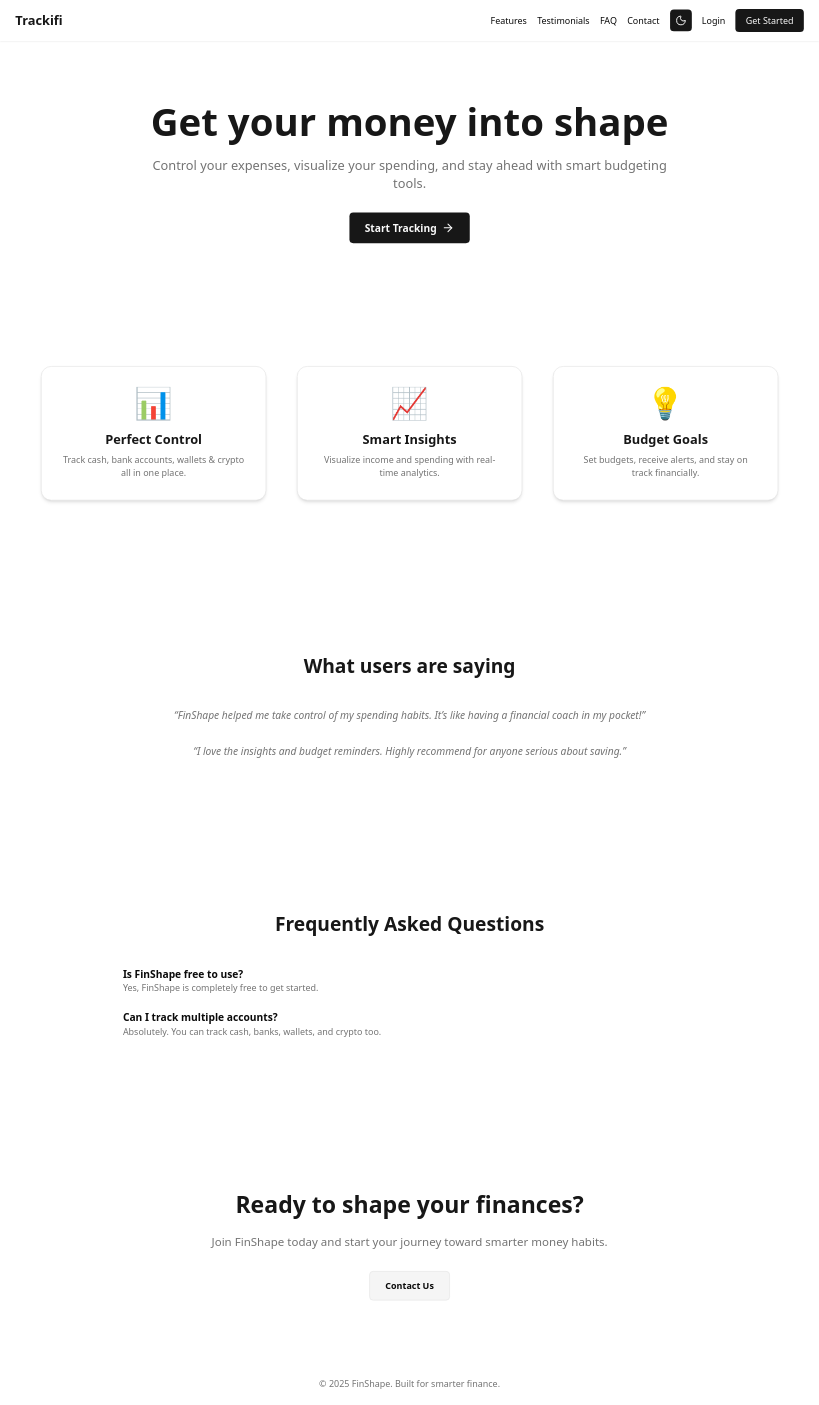
Repository: ruthvik-mt/Trackifi
Page: / (app in frontend/)
An editor plug-in stored every save of this project. The page is shown before and after the next save, followed by the edit.
The browser window is 1280 px wide. The pictures show the whole page, at 64% of full size.
The project was rebuilt for these pictures with package versions that can differ from the ones it lists, and the page was loaded fresh each time. Also part of the build but not shown: frontend/vite.config.ts, frontend/src/hooks/useAuth.ts, frontend/src/components/FormInput.tsx, frontend/src/pages/Auth/Login.tsx, frontend/src/pages/Auth/Register.tsx, frontend/src/components/Sidebar.tsx, frontend/src/components/ThemeToggleButton.tsx, frontend/src/components/Navbar.tsx and 22 more.

Above is the page before, as saved 2025-07-15 23:00:27.

### frontend/index.html
<!-- index.html -->
<!DOCTYPE html>
<html lang="en">
  <head>
    <meta charset="UTF-8" />
    <link rel="icon" href="/favicon.svg" />
    <meta name="viewport" content="width=device-width, initial-scale=1.0" />

    <!-- Critical script: apply theme before paint -->
    <script>
      const theme = localStorage.getItem("theme");
      if (
        theme === "dark" ||
        (!theme && window.matchMedia("(prefers-color-scheme: dark)").matches)
      ) {
        document.documentElement.classList.add("dark");
      } else {
        document.documentElement.classList.remove("dark");
      }
    </script>

    <title>FinShape</title>
  </head>
  <body>
    <div id="root"></div>
    <script type="module" src="/src/main.tsx"></script>
  </body>
</html>

### frontend/src/main.tsx
import React from "react";
import ReactDOM from "react-dom/client";
import App from "./App";
import "./tailwind.css";
import { AuthProvider } from "./context/AuthProvider";
import { ThemeProvider } from "./context/ThemeProvider"; // ✅ Add ThemeProvider
import { BrowserRouter as Router } from "react-router-dom";

ReactDOM.createRoot(document.getElementById("root")!).render(
  <React.StrictMode>
    <Router>
      {/* ✅ Wrap app with theme context */}
      <ThemeProvider>
        <AuthProvider>
          <App />
        </AuthProvider>
      </ThemeProvider>
    </Router>
  </React.StrictMode>
);

### frontend/src/App.tsx
import { Routes, Route, Navigate } from "react-router-dom";
import Login from "./pages/Auth/Login";
import Register from "./pages/Auth/Register";
import Dashboard from "./pages/Dashboard/Dashboard";
import CategoryList from "./pages/Categories/CategoryList";
import TransactionList from "./pages/Transactions/TransactionList";
import BudgetList from "./pages/Budgets/BudgetList";
import MonthlyTotal from "./pages/Insights/MonthlyTotal";
import CategoryBreakdown from "./pages/Insights/CategoryBreakdown";
import BudgetComparison from "./pages/Insights/BudgetComparison";
import ProtectedRoute from "./components/ProtectedRoute";
import LandingPage from "./pages/LandingPage"; // ✅ Add this import

export default function App() {
  return (
    <Routes>
      {/* Landing Page */}
      <Route path="/" element={<LandingPage />} /> {/* ✅ New route */}

      {/* Auth Routes */}
      <Route path="/login" element={<Login />} />
      <Route path="/register" element={<Register />} />

      {/* Protected Routes */}
      <Route
        path="/dashboard"
        element={
          <ProtectedRoute>
            <Dashboard />
          </ProtectedRoute>
        }
      />
      <Route
        path="/categories"
        element={
          <ProtectedRoute>
            <CategoryList />
          </ProtectedRoute>
        }
      />
      <Route
        path="/transactions"
        element={
          <ProtectedRoute>
            <TransactionList />
          </ProtectedRoute>
        }
      />
      <Route
        path="/budgets"
        element={
          <ProtectedRoute>
            <BudgetList />
          </ProtectedRoute>
        }
      />
      <Route
        path="/insights/monthly-total"
        element={
          <ProtectedRoute>
            <MonthlyTotal />
          </ProtectedRoute>
        }
      />
      <Route
        path="/insights/category-breakdown"
        element={
          <ProtectedRoute>
            <CategoryBreakdown />
          </ProtectedRoute>
        }
      />
      <Route
        path="/insights/budget-comparison"
        element={
          <ProtectedRoute>
            <BudgetComparison />
          </ProtectedRoute>
        }
      />

      {/* Fallback Route */}
      <Route path="*" element={<Navigate to="/" />} /> {/* ✅ Updated from "/login" to "/" */}
    </Routes>
  );
}

### frontend/src/tailwind.css
@tailwind base;
@tailwind components;
@tailwind utilities;

/* =========================
   Base Theme Variables
   ========================= */

@layer base {
  :root {
    --background: 0 0% 100%;
    --foreground: 0 0% 3.9%;

    --card: 0 0% 100%;
    --card-foreground: 0 0% 3.9%;

    --popover: 0 0% 100%;
    --popover-foreground: 0 0% 3.9%;

    --primary: 0 0% 9%;
    --primary-foreground: 0 0% 98%;

    --secondary: 0 0% 96.1%;
    --secondary-foreground: 0 0% 9%;

    --muted: 0 0% 96.1%;
    --muted-foreground: 0 0% 45.1%;

    --accent: 0 0% 96.1%;
    --accent-foreground: 0 0% 9%;

    --destructive: 0 84.2% 60.2%;
    --destructive-foreground: 0 0% 98%;

    --border: 0 0% 89.8%;
    --input: 0 0% 89.8%;
    --ring: 0 0% 3.9%;

    --chart-1: 12 76% 61%;
    --chart-2: 173 58% 39%;
    --chart-3: 197 37% 24%;
    --chart-4: 43 74% 66%;
    --chart-5: 27 87% 67%;

    --radius: 0.5rem;

    --tooltip-bg: #ffffff;
    --tooltip-color: #000000;
  }

  .dark {
    --background: 0 0% 3.9%;
    --foreground: 0 0% 98%;

    --card: 0 0% 3.9%;
    --card-foreground: 0 0% 98%;

    --popover: 0 0% 3.9%;
    --popover-foreground: 0 0% 98%;

    --primary: 0 0% 98%;
    --primary-foreground: 0 0% 9%;

    --secondary: 0 0% 14.9%;
    --secondary-foreground: 0 0% 98%;

    --muted: 0 0% 14.9%;
    --muted-foreground: 0 0% 63.9%;

    --accent: 0 0% 14.9%;
    --accent-foreground: 0 0% 98%;

    --destructive: 0 62.8% 30.6%;
    --destructive-foreground: 0 0% 98%;

    --border: 0 0% 14.9%;
    --input: 0 0% 14.9%;
    --ring: 0 0% 83.1%;

    --chart-1: 220 70% 50%;
    --chart-2: 160 60% 45%;
    --chart-3: 30 80% 55%;
    --chart-4: 280 65% 60%;
    --chart-5: 340 75% 55%;

    --tooltip-bg: #d9dde2; /* dark gray or slate */
    --tooltip-color: #0d0f11;
  }
}

/* =========================
   Global Element Styles
   ========================= */
@layer base {
  * {
    @apply border-border;
  }

  html,
  body {
    @apply bg-background text-foreground antialiased;
    min-height: 100%;
    scroll-behavior: smooth;
  }

  input,
  select,
  textarea {
    @apply bg-input text-foreground placeholder-muted-foreground
           border border-border rounded px-3 py-2
           focus:outline-none focus:ring-2 focus:ring-ring;
  }

  button {
    @apply transition-colors bg-primary text-primary-foreground px-4 py-2 rounded
           hover:bg-primary/90 focus:outline-none focus:ring-2 focus:ring-ring;
  }
}

### frontend/src/context/AuthProvider.tsx
// import { ReactNode, useCallback, useEffect, useState } from "react";
// import { AuthContext } from "./AuthContext";
// import { User } from "@/types/Auth";
// import { getCurrentUser } from "@/api/user";
// import { useNavigate } from "react-router-dom";

// interface Props {
//   children: ReactNode;
// }

// export const AuthProvider = ({ children }: Props) => {
//   const [token, setToken] = useState<string | null>(() =>
//     localStorage.getItem("token")
//   );
//   const [user, setUser] = useState<User | null>(null);
//   const navigate = useNavigate();

//   const logout = useCallback(() => {
//     localStorage.removeItem("token");
//     setToken(null);
//     setUser(null);
//     navigate("/login");
//   }, [navigate]);

//   const fetchUser = useCallback(async () => {
//     try {
//       const userData = await getCurrentUser();
//       setUser(userData);
//     } catch (err) {
//       console.error("Failed to fetch user:", err);
//       logout();
//     }
//   }, [logout]);

//   const login = useCallback(
//     (newToken: string) => {
//       localStorage.setItem("token", newToken);
//       setToken(newToken);
//       fetchUser();
//     },
//     [fetchUser]
//   );

//   useEffect(() => {
//     if (token) {
//       fetchUser();
//     }
//   }, [token, fetchUser]);

//   return (
//     <AuthContext.Provider value={{ token, user, login, logout }}>
//       {children}
//     </AuthContext.Provider>
//   );
// };

import { useState, useEffect } from "react";
import { AuthContext } from "./AuthContext";
import axios from "../axios";

export const AuthProvider = ({ children }: { children: React.ReactNode }) => {
  const [token, setToken] = useState<string | null>(() => localStorage.getItem("token"));

  // Set Authorization header on load (if token exists)
  useEffect(() => {
    if (token) {
      axios.defaults.headers.common["Authorization"] = `Bearer ${token}`;
    }
  }, [token]);

  const login = async (email: string, password: string) => {
    const res = await axios.post("/api/auth/login", { email, password });
    const jwt = res.data.token;

    setToken(jwt);
    localStorage.setItem("token", jwt);
    axios.defaults.headers.common["Authorization"] = `Bearer ${jwt}`; // ✅ set globally
  };

  const logout = () => {
    setToken(null);
    localStorage.removeItem("token");
    delete axios.defaults.headers.common["Authorization"]; // ✅ remove on logout
  };

  return (
    <AuthContext.Provider value={{ token, login, logout }}>
      {children}
    </AuthContext.Provider>
  );
};

### frontend/src/context/ThemeProvider.tsx
import { useEffect, useState, ReactNode } from "react";
import { ThemeContext, Theme } from "./ThemeContext";

export const ThemeProvider = ({ children }: { children: ReactNode }) => {
  const getInitialTheme = (): Theme => {
    if (typeof window === "undefined") return "light";
    const stored = localStorage.getItem("theme");
    if (stored === "light" || stored === "dark") return stored;
    return window.matchMedia("(prefers-color-scheme: dark)").matches ? "dark" : "light";
  };

  const [theme, setTheme] = useState<Theme>(getInitialTheme);

  useEffect(() => {
    const root = document.documentElement;
    if (theme === "dark") {
      root.classList.add("dark");
    } else {
      root.classList.remove("dark");
    }
    localStorage.setItem("theme", theme);
  }, [theme]);

  const toggleTheme = () => setTheme(prev => (prev === "dark" ? "light" : "dark"));

  return (
    <ThemeContext.Provider value={{ theme, toggleTheme }}>
      {children}
    </ThemeContext.Provider>
  );
};

### frontend/src/pages/LandingPage.tsx
import { Link } from "react-router-dom";
import { motion } from "framer-motion";
import { ArrowRight, Moon, Sun } from "lucide-react";
import { useTheme } from "../hooks/useTheme";
import { useState, useEffect } from "react";
import { Spinner } from "@/components/Spinner";

export default function LandingPage() {
  const { theme, toggleTheme } = useTheme();
  const [buttonLoading, setButtonLoading] = useState(true);

  useEffect(() => {
    const timer = setTimeout(() => setButtonLoading(false), 1000);
    return () => clearTimeout(timer);
  }, []);

  return (
    <div className="min-h-screen bg-background text-foreground">
      {/* ────────────── Header ────────────── */}
      <header className="sticky top-0 z-10 h-16 bg-card text-card-foreground shadow-sm flex items-center justify-between px-6">
        <a href="#hero" className="text-xl font-bold text-primary">Trackifi</a>

        <nav className="flex items-center gap-4">
          <a href="#features" className="text-sm font-medium hover:text-primary transition-colors">Features</a>
          <a href="#testimonials" className="text-sm font-medium hover:text-primary transition-colors">Testimonials</a>
          <a href="#faq" className="text-sm font-medium hover:text-primary transition-colors">FAQ</a>
          <a href="#cta" className="text-sm font-medium over:text-primary transition-colors">Contact</a>

          <button
            onClick={toggleTheme}
            className="px-2 py-2 rounded-md text-sm font-medium bg-primary text-primary-foreground hover:bg-primary/90 transition-colors flex items-center justify-center"
            aria-label={`Switch to ${theme === "dark" ? "light" : "dark"} mode`}
          >
            {theme === "dark" ? <Sun size={18} /> : <Moon size={18} />}
          </button>

          <Link
            to="/login"
            className="text-sm font-medium hover:text-primary transition-colors"
          >
            Login
          </Link>

          {buttonLoading ? (
            <Spinner size="default" />
          ) : (
            <Link to="/register">
              <button className="px-4 py-2 rounded-md text-sm font-medium bg-primary text-primary-foreground hover:bg-primary/90 transition-colors">
                Get Started
              </button>
            </Link>
          )}
        </nav>
      </header>

      {/* ────────────── Hero Section ────────────── */}
      <motion.section
        id="hero"
        className="text-center px-6 py-24 max-w-4xl mx-auto"
        initial={{ opacity: 0, y: 30 }}
        animate={{ opacity: 1, y: 0 }}
        transition={{ duration: 0.6 }}
      >
        <h1 className="text-5xl md:text-6xl font-extrabold leading-tight mb-6 text-primary">
          Get your money into shape
        </h1>
        <p className="text-lg md:text-xl text-muted-foreground mb-8">
          Control your expenses, visualize your spending, and stay ahead with smart budgeting tools.
        </p>

        {buttonLoading ? (
          <div className="flex justify-center">
            <Spinner size="lg" />
          </div>
        ) : (
          <Link to="/register">
            <button
              aria-label="Start tracking your expenses"
              className="px-6 py-3 rounded-md font-semibold bg-primary text-primary-foreground hover:bg-primary/90 inline-flex items-center gap-2 transition-colors"
            >
              Start Tracking <ArrowRight size={20} />
            </button>
          </Link>
        )}
      </motion.section>

      {/* ────────────── Features Section ────────────── */}
      <motion.section
        id="features"
        className="py-24 px-6 bg-background"
        initial={{ opacity: 0 }}
        whileInView={{ opacity: 1 }}
        viewport={{ once: true, amount: 0.2 }}
        transition={{ duration: 0.8 }}
      >
        <div className="max-w-6xl mx-auto grid gap-12 md:grid-cols-3 text-center">
          {[
            {
              icon: "📊",
              title: "Perfect Control",
              desc: "Track cash, bank accounts, wallets & crypto all in one place.",
            },
            {
              icon: "📈",
              title: "Smart Insights",
              desc: "Visualize income and spending with real-time analytics.",
            },
            {
              icon: "💡",
              title: "Budget Goals",
              desc: "Set budgets, receive alerts, and stay on track financially.",
            },
          ].map(({ icon, title, desc }, index) => (
            <motion.div
              key={title}
              className="bg-white dark:bg-zinc-900 text-zinc-800 dark:text-white border border-border p-8 rounded-2xl shadow-md hover:shadow-xl transition-transform"
              initial={{ opacity: 0, y: 40, scale: 0.95 }}
              whileInView={{ opacity: 1, y: 0, scale: 1 }}
              viewport={{ once: true, amount: 0.3 }}
              whileHover={{ scale: 1.06 }}
              transition={{
                duration: 0.6,
                delay: index * 0.2,
                type: "spring",
                stiffness: 120,
              }}
            >
              <div className="text-5xl mb-5">{icon}</div>
              <h3 className="text-xl font-bold mb-2 text-primary">{title}</h3>
              <p className="text-sm text-muted-foreground">{desc}</p>
            </motion.div>
          ))}
        </div>
      </motion.section>

      {/* ────────────── Testimonials Section ────────────── */}
    <motion.section
  id="testimonials"
  className="py-24 px-6 bg-background text-center"
  initial={{ opacity: 0 }}
  whileInView={{ opacity: 1 }}
  viewport={{ once: true, amount: 0.2 }}
  transition={{ duration: 0.8 }}
>
  <div className="h-12 bg-gradient-to-b from-transparent to-background" />
  <h2 className="text-3xl font-bold mb-12 text-primary">What users are saying</h2>
  <div className="max-w-4xl mx-auto space-y-8">
    {[
      "FinShape helped me take control of my spending habits. It’s like having a financial coach in my pocket!",
      "I love the insights and budget reminders. Highly recommend for anyone serious about saving.",
    ].map((text, index) => (
      <motion.blockquote
        key={index}
        className="italic text-muted-foreground"
        initial={{ opacity: 0, y: 20 }}
        whileInView={{ opacity: 1, y: 0 }}
        transition={{ duration: 0.5, delay: index * 0.2 }}
        viewport={{ once: true, amount: 0.5 }}
      >
        {`“${text}”`}
      </motion.blockquote>
    ))}
  </div>
</motion.section>



      {/* ────────────── FAQ Section ────────────── */}
     <motion.section
  id="faq"
  className="py-24 px-6 bg-background"
  initial={{ opacity: 0 }}
  whileInView={{ opacity: 1 }}
  viewport={{ once: true, amount: 0.2 }}
  transition={{ duration: 0.8 }}
>
  <div className="h-12 bg-gradient-to-b from-transparent to-background" />
  <h2 className="text-3xl font-bold mb-12 text-center text-primary">Frequently Asked Questions</h2>
  <div className="max-w-4xl mx-auto space-y-6">
    {[
      {
        question: "Is FinShape free to use?",
        answer: "Yes, FinShape is completely free to get started.",
      },
      {
        question: "Can I track multiple accounts?",
        answer: "Absolutely. You can track cash, banks, wallets, and crypto too.",
      },
    ].map(({ question, answer }, index) => (
      <motion.div
        key={index}
        initial={{ opacity: 0, y: 20 }}
        whileInView={{ opacity: 1, y: 0 }}
        transition={{ duration: 0.5, delay: index * 0.2 }}
        viewport={{ once: true, amount: 0.5 }}
      >
        <h4 className="font-semibold">{question}</h4>
        <p className="text-sm text-muted-foreground">{answer}</p>
      </motion.div>
    ))}
  </div>
</motion.section>



      {/* ────────────── Call to Action ────────────── */}
      <motion.section
  id="cta"
  className="py-24 px-6 bg-background text-center"
  initial={{ opacity: 0 }}
  whileInView={{ opacity: 1 }}
  viewport={{ once: true, amount: 0.2 }}
  transition={{ duration: 0.8 }}
>
  <div className="h-12 bg-gradient-to-b from-transparent to-background" />
  <motion.div
    className="max-w-2xl mx-auto"
    initial={{ opacity: 0, y: 30 }}
    whileInView={{ opacity: 1, y: 0 }}
    transition={{ duration: 0.6 }}
    viewport={{ once: true }}
  >
    <h2 className="text-4xl font-bold mb-6 text-primary">Ready to shape your finances?</h2>
    <p className="mb-8 text-lg text-muted-foreground">
      Join FinShape today and start your journey toward smarter money habits.
    </p>
    <div className="flex flex-col sm:flex-row gap-4 justify-center">
      <Link to="/contact">
        <button className="px-6 py-3 text-sm font-semibold bg-muted text-foreground border border-border rounded-md hover:bg-muted/80 transition-colors">
          Contact Us
        </button>
      </Link>
    </div>
  </motion.div>
</motion.section>



      {/* ────────────── Footer ────────────── */}
      <footer className="text-center py-6 text-sm text-muted-foreground bg-background">
        © {new Date().getFullYear()} FinShape. Built for smarter finance.
      </footer>
    </div>
  );
}

### frontend/src/context/AuthContext.tsx
// import { createContext } from "react";
// import { User } from "@/types/Auth";

// export interface AuthContextType {
//   token: string | null;
//   user: User | null;
//   login: (token: string) => void;
//   logout: () => void;
// }

// export const AuthContext = createContext<AuthContextType>({
//   token: null,
//   user: null,
//   login: () => {},
//   logout: () => {},
// });

// src/context/AuthContext.ts
import { createContext } from "react";

export interface AuthContextType {
  token: string | null;
  login: (email: string, password: string) => Promise<void>;
  logout: () => void;
}

export const AuthContext = createContext<AuthContextType>(
  {} as AuthContextType // ✅ Safe for use without null-checks
);

### frontend/src/axios.ts
// // src/axios.ts
// import axios from "axios";

// const axiosInstance = axios.create({
//   baseURL: "http://localhost:8080/api",
// });

// axiosInstance.interceptors.request.use((config) => {
//   const token = localStorage.getItem("token");
//   if (token && config.headers) {
//     config.headers.Authorization = `Bearer ${token}`;
//   }
//   return config;
// });

// export default axiosInstance;

// src/axios.ts
// src/axios.ts
import axios from "axios";

const instance = axios.create({
  baseURL: "", // <-- frontend sends /api/... and Vite handles the proxy
  headers: {
    "Content-Type": "application/json",
  },
});

instance.interceptors.request.use((config) => {
  const token = localStorage.getItem("token");
  if (token) {
    config.headers = config.headers || {};
    config.headers["Authorization"] = `Bearer ${token}`;
  }
  return config;
});

export default instance;

### frontend/src/context/ThemeContext.tsx
import { createContext } from "react";

export type Theme = "light" | "dark";

export interface ThemeContextType {
  theme: Theme;
  toggleTheme: () => void;
}

export const ThemeContext = createContext<ThemeContextType | undefined>(undefined);

### frontend/src/hooks/useTheme.ts
// src/hooks/useTheme.ts
import { useContext } from "react";
import { ThemeContext } from "../context/ThemeContext";

export function useTheme() {
  const context = useContext(ThemeContext);
  if (!context) {
    throw new Error("useTheme must be used within a ThemeProvider");
  }
  return context;
}

### frontend/src/components/Spinner.tsx
// src/components/Spinner.tsx
import { cn } from "@/lib/utils";
import { cva, VariantProps } from "class-variance-authority";
import { Loader } from "lucide-react";

const spinnerVariants = cva("text-muted-foreground animate-spin", {
  variants: {
    size: {
      default: "h-4 w-4",
      sm: "h-2 w-2",
      lg: "h-6 w-6",
      icon: "h-10 w-10",
    },
  },
  defaultVariants: {
    size: "default",
  },
});

interface SpinnerProps extends VariantProps<typeof spinnerVariants> {
  className?: string;
}

export const Spinner = ({ size }: SpinnerProps) => {
  return <Loader className={cn(spinnerVariants({ size }))} />;
};

Loaded but not shown: frontend/src/lib/utils.ts (common file); frontend/tailwind.config.js (86 lines, source omitted)

After the next save:
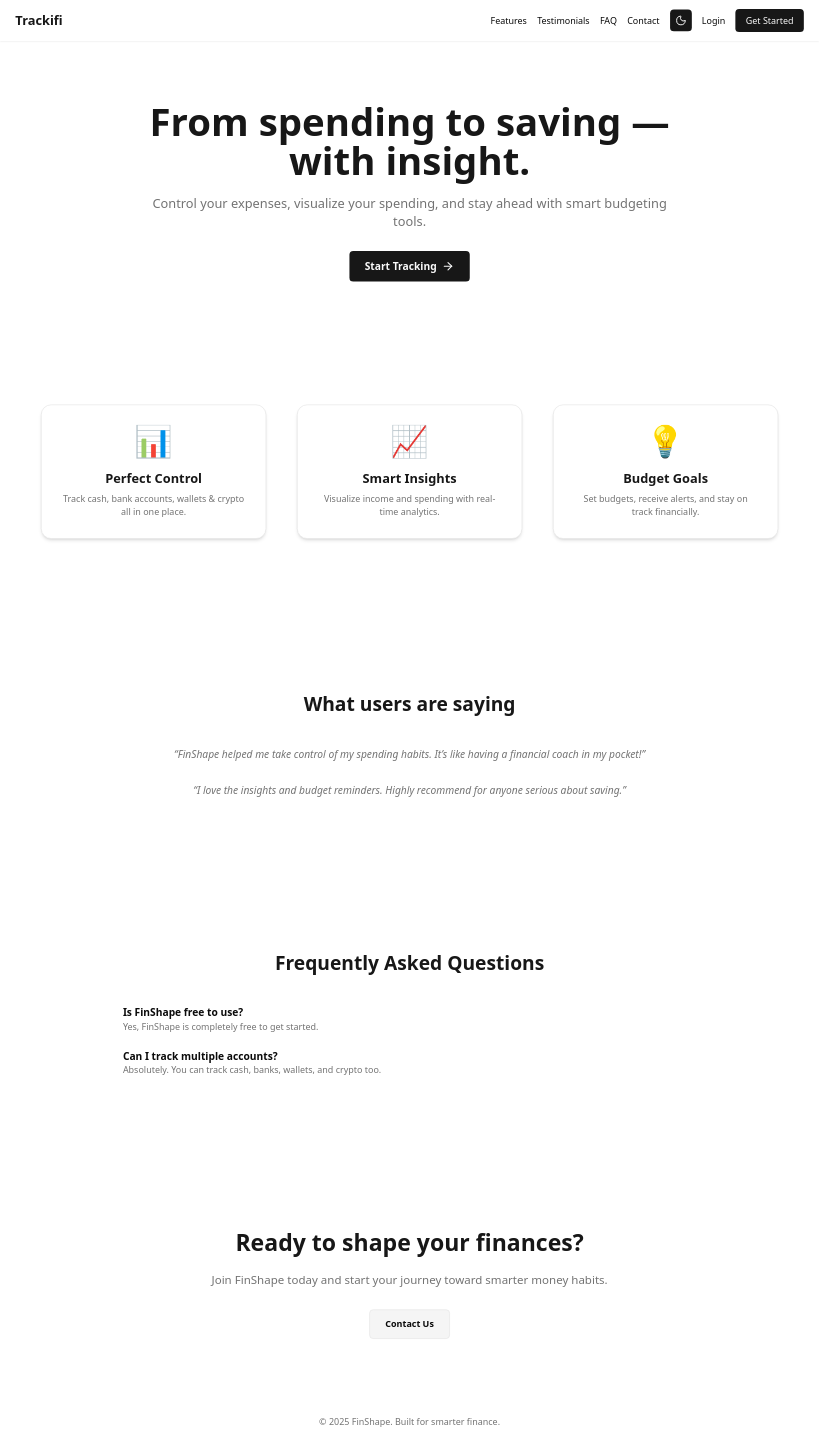
Saved 3 min 57 s later.
--- a/frontend/src/pages/LandingPage.tsx
+++ b/frontend/src/pages/LandingPage.tsx
@@ -62,7 +62,7 @@ export default function LandingPage() {
         transition={{ duration: 0.6 }}
       >
         <h1 className="text-5xl md:text-6xl font-extrabold leading-tight mb-6 text-primary">
-          Get your money into shape
+          From spending to saving — with insight.
         </h1>
         <p className="text-lg md:text-xl text-muted-foreground mb-8">
           Control your expenses, visualize your spending, and stay ahead with smart budgeting tools.
